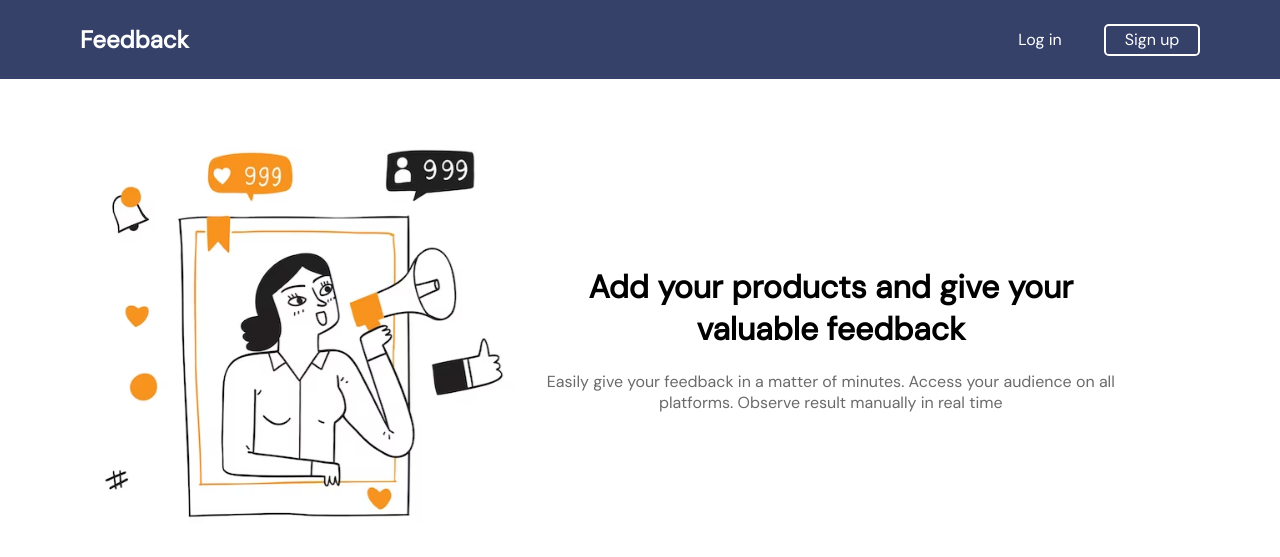
Repository: drumsmanku/final-evaluation-test
Page: / (app in client/)
The author's editor kept a copy of each file at every save. The page is drawn from the files as they stood at one save, then again after the next save.
The browser window is 1280 px wide. The pictures show the whole page.
The project was rebuilt for these pictures with package versions that can differ from the ones it lists, and the page was loaded fresh each time.

Above is the page before, as saved 2023-07-27 22:06:30.

After the next save:
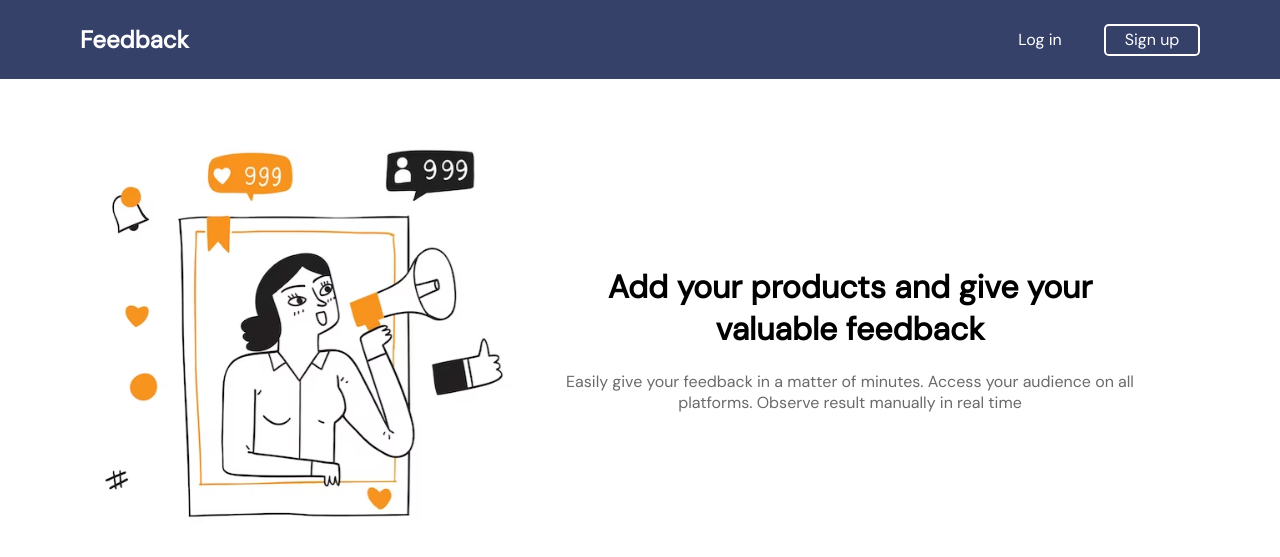
Saved 13 s later.
--- a/client/src/Components/MainPage.js
+++ b/client/src/Components/MainPage.js
@@ -42,7 +42,7 @@ function MainPage() {
         </div>
         <div className="title-desc">
           <img src={img1} alt="" height={500} style={{marginLeft:'3rem'}}/>
-          <div style={{display:'flex', flexDirection:'column', }}>
+          <div style={{display:'flex', flexDirection:'column', marginLeft:'2rem'}}>
               <h1 style={{maxWidth:'80%'}}> Add your products and give your valuable feedback</h1>
               <span style={{maxWidth:'80%', color:'#6A6A6A'}}>Easily give your feedback in a matter of minutes. Access your audience on all platforms. Observe result manually in real time</span>
           </div>
